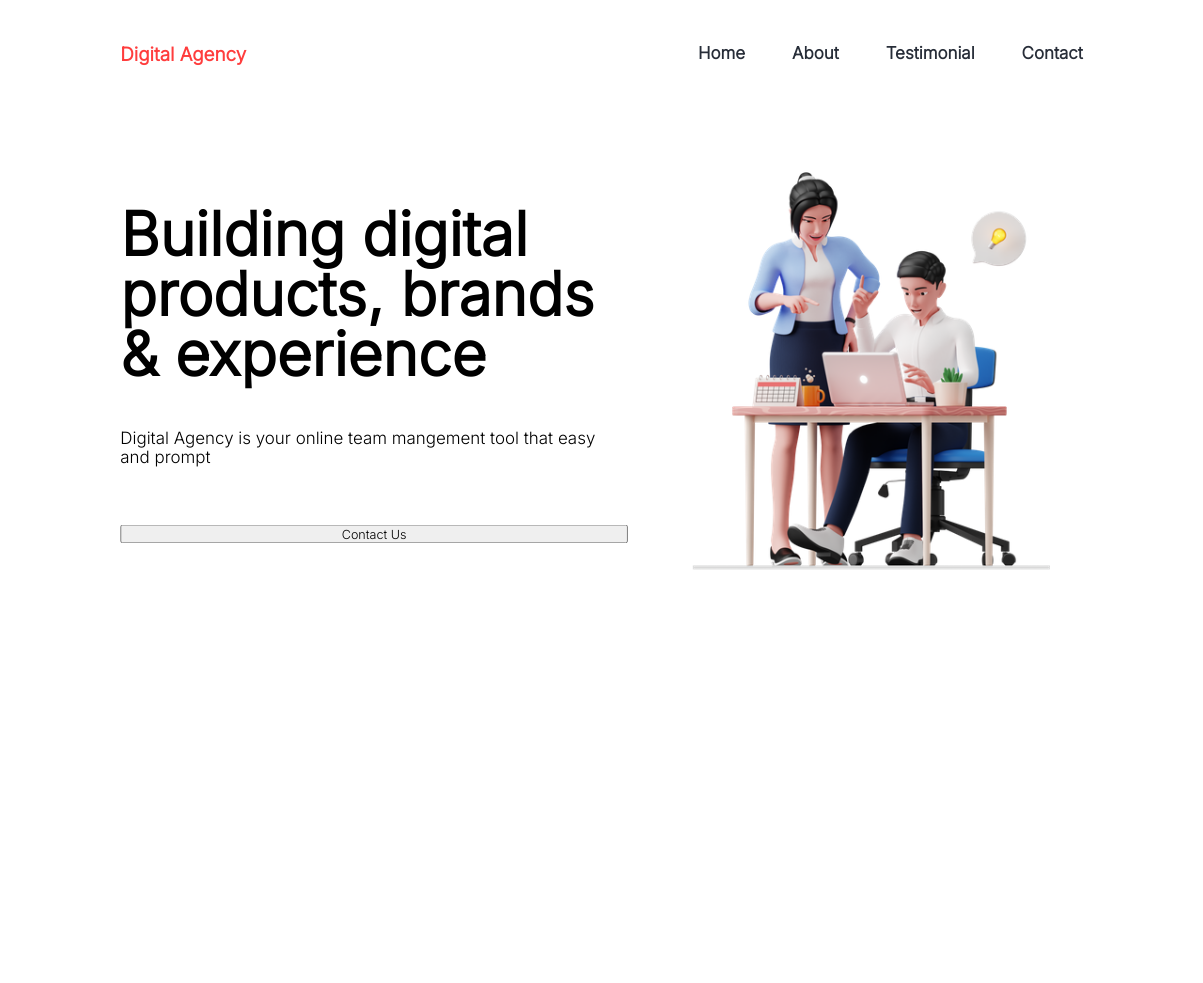
Repository: ThuatDev/fullstack_devc
Page: index.html
An editor plug-in stored every save of this project. The page is shown before and after the next save, followed by the edit.
The browser window is 1280 px wide. The pictures show the whole page, at 94% of full size.

Above is the page before, as saved 2022-11-09 16:39:48.

### index.html
<!DOCTYPE html>
<html lang="en">
  <head>
    <meta charset="UTF-8" />
    <meta http-equiv="X-UA-Compatible" content="IE=edge" />
    <meta name="viewport" content="width=device-width, initial-scale=1.0" />
    <link rel="stylesheet" href="index.css" />
    <title>Digital Agency</title>
  </head>
  <body>
    <div class="container">
      <div class="navbar">
        <div class="navbar__left">
          <p class="navbar__left-logo">Digital Agency</p>
        </div>
        <div class="navbar__right">
          <ul class="navbar__right-list">
            <li><a href="#">Home</a></li>
            <li><a href="#">About</a></li>
            <li><a href="#">Testimonial</a></li>
            <li><a href="#">Contact</a></li>
          </ul>
        </div>
      </div>

      <!-- HERO SECTION  -->
      <div class="h-section">
        <div class="h-section__left">
          <h2>Building digital products, brands & experience</h2>
          <p>
            Digital Agency is your online team mangement tool that easy and
            prompt
          </p>
          <button>Contact Us</button>
        </div>
        <div class="h-section__right">
          <img
            src="./img/business-people-discussing-business-idea.png"
            alt=""
          />
        </div>
      </div>
    </div>
  </body>
</html>

### index.css
@import url("https://fonts.googleapis.com/css2?family=Inter:wght@200;300&display=swap");
* {
  padding: 0;
  margin: 0;
  box-sizing: border-box;
  font-family: "Inter", sans-serif;
}
.container {
  width: 80%;
  height: 1000px;

  margin: 0 auto;
}

/* nav bar*/
.navbar {
  display: flex;
  justify-content: space-between;
  margin-top: 46px;
}
.navbar .navbar__left .navbar__left-logo {
  font-size: 20px;
  font-weight: 700;
  color: rgb(255, 61, 61);
  line-height: 24px;
}
.navbar > .navbar__right > .navbar__right-list {
  display: flex;
}
.navbar > .navbar__right > .navbar__right-list li {
  list-style: none;
  margin-left: 50px;
}
.navbar > .navbar__right > .navbar__right-list li > a {
  text-decoration: none;
  /* color: rgb(255, 72, 72); */
  /* padding: 10px 20px; */
  /* display: block;
   */
  font-weight: 600;
  font-size: 18px;
  color: #272d38;
}
/* Hero section */
.h-section {
  display: flex;
  justify-content: space-between;
  margin-top: 100px;
}
.h-section .h-section__left {
  display: flex;
  flex-direction: column;
  justify-content: space-evenly;
}
.h-section .h-section__left h2 {
  font-weight: 700;
  font-size: 64px;
  width: 540px;
  height: 192px;
  line-height: 100%;
}
.h-section .h-section__left p {
  font-weight: 400;
  font-size: 18px;
  width: 525px;
  height: 56px;
}

After the next save:
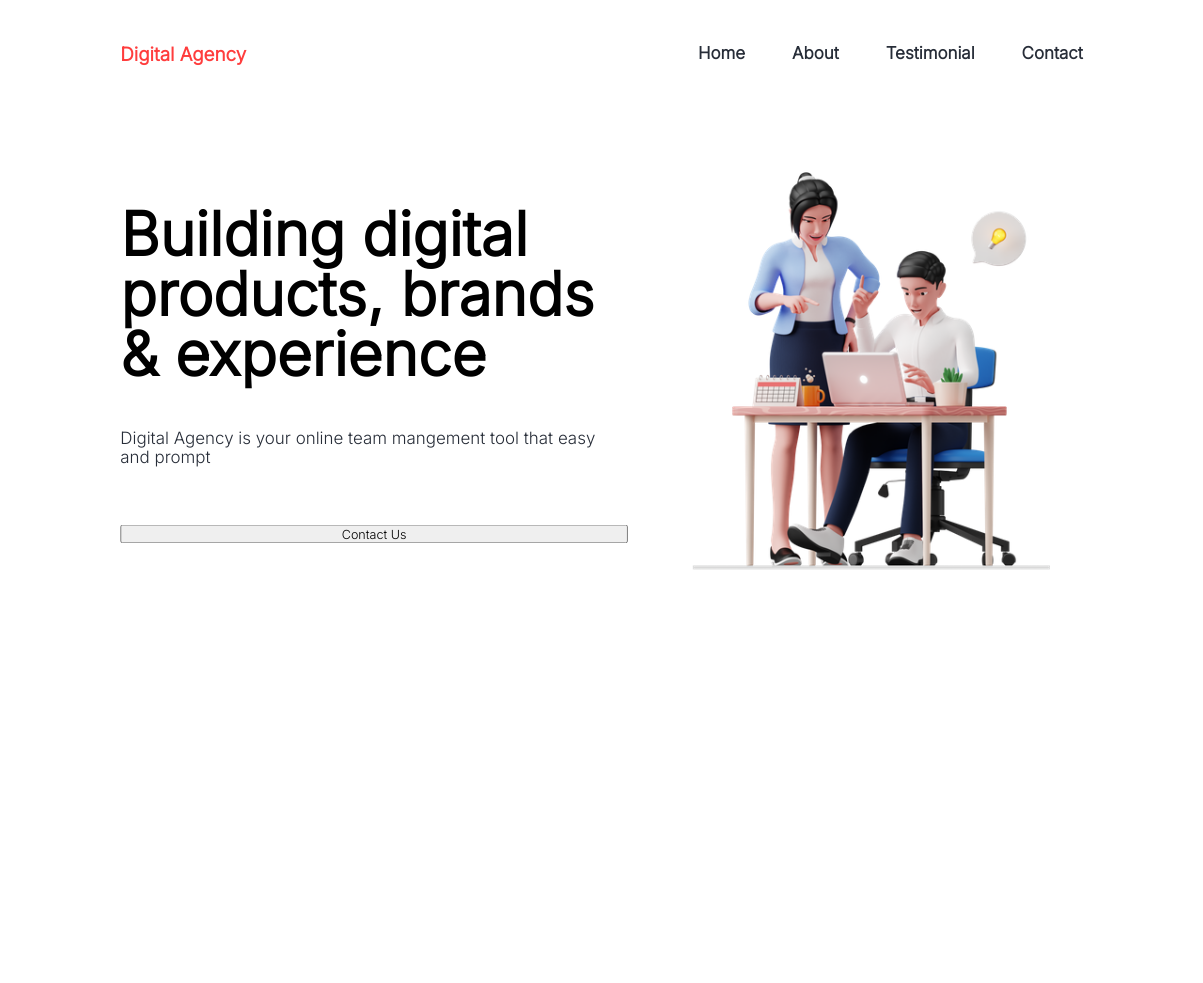
Saved 24 s later.
--- a/index.css
+++ b/index.css
@@ -64,4 +64,5 @@
   font-size: 18px;
   width: 525px;
   height: 56px;
+  color: #272d38;
 }
